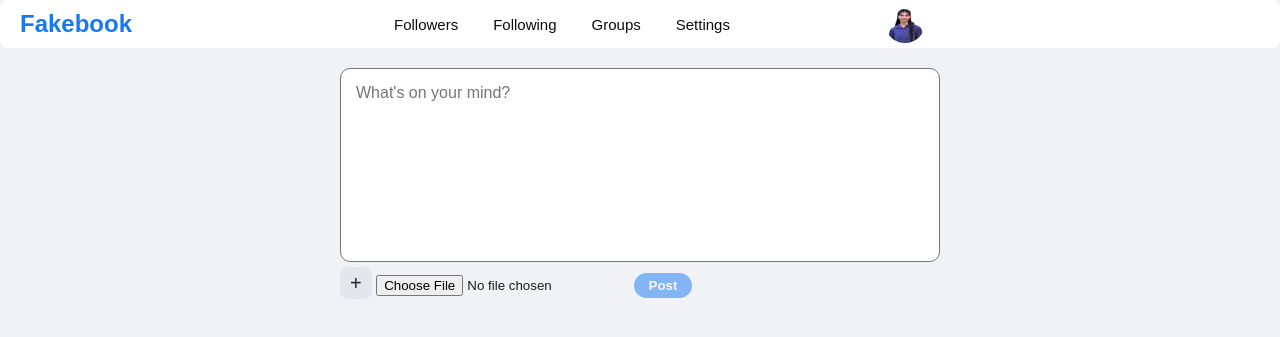
Repository: harpreetkaur2201/FAKEBOOK
Page: fakebook_profile/index.html
The author's editor kept a copy of each file at every save. The page is drawn from the files as they stood at one save, then again after the next save.
The browser window is 1280 px wide. The pictures show the whole page.

Above is the page before, as saved 2025-11-14 20:18:14.
Console error: SyntaxError: Unexpected token '}'

### fakebook_profile/index.html
<!doctype html>
<html lang="en">
<head>
  <meta charset="utf-8" />
  <meta name="viewport" content="width=device-width, initial-scale=1" />
  <title>Fakebook</title>
  <link rel="stylesheet" href="./assets/styles/style.css">
</head>
<body>
  <header>
    <div class="logo">Fakebook</div>
    <nav>
      <a href="#followers">Followers</a>
      <a href="#following">Following</a>
      <a href="#groups">Groups</a>
      <a href="#settings">Settings</a>
      <a href="#profile"><img id="headerAvatar" src="./assets/Profile pic.jpg" alt="Profile" class="avatar"></a>
    </nav>
  </header>

  <main>
    <section class="create-post">
      <form id="postForm">
        <textarea id="postText" placeholder="What's on your mind?" rows="9"></textarea>
        <div>
          <label for="imageInput">+</label>
            <input id="imageInput" type="file" accept="image/*">

          <button id="postBtn" type="submit" disabled>Post</button>
        </div>
      </form>
    </section>

    <section id="posts"></section>
  </main>

  <div id="modal" class="modal" aria-hidden="true">
    <div class="modal-content">
      <a href="#" id="closeModal">Close</a>
      <div>
        <div id="modalAvatar"></div>
        <h2 id="modalName">Your Name</h2>
        <p id="modalBio">Your bio will appear here.</p>
      </div>
    </div>
  </div>
    <script type="module" src="./assets/script/script.js"></script>
</body>
</html>

### fakebook_profile/assets/styles/style.css
* {
  padding: 0;
  margin: 0;
  box-sizing: border-box;
  font-family: Arial, sans-serif;
}

body {
  background: #f0f2f5;
  color: #1c1e21;

}

.container {
  max-width: 700px;
  margin: 20px auto;
  padding: 0 15px;
}

header {
  display: flex;
  justify-content: space-between;
  align-items: center;
  background: white;
  padding: 10px 20px;
  border-radius: 8px;
  color: #1877f2;
  position: relative;
}

header .logo {
  font-size: 1.5rem;
  font-weight: bold;
}

header nav {
  position: absolute;
  left: 30%;
  display: flex;
  gap: 15px;
  align-items: center;
}

header nav a {
  text-decoration: none;
  color: #0c0c0c;
  font-size: 15px;
  padding: 5px 10px;
  border-radius: 6px;
  transition: background 0.2s;
}

header nav a:hover {
  background: #e4e6eb;
}

header nav img.avatar {
  width: 40px;
  height: 40px;
  border-radius: 50%;
  position: relative;
  left: 300%;
  cursor: pointer;
}

.create-post {
  max-width: 600px;
  margin: 20px auto;
}

.create-post form {
  display: flex;
  flex-direction: column;
  gap: 10px;

}

.create-post label {
  cursor: pointer;
  font-size: 20px;
  background: #e4e6eb;
  padding: 5px 10px;
  border-radius: 8px;
}

#create-post input[type="file"] {
  display: none; /* hide default choose file text */
}

#create-post textarea,
.create-post textarea {
  width: 100%;
  min-height: 120px;
  padding: 15px;
  border-radius: 10px;
  font-size: 16px;
  resize: none;
}

.controls {
  display: flex;
  align-items: center;
  gap: 10px;
}

.file-label {
  background: #e4e6eb;
  padding: 5px 8px;
  border-radius: 8px;
  cursor: pointer;
}

.controls input[type="file"] {
  display: none;
}

#postBtn {
  padding: 5px 15px;
  border-radius: 20px;
  background: #1877f2;
  color: white;
  font-weight: bold;
  cursor: pointer;
  border: none;
}

#postBtn:disabled {
  opacity: 0.5;
  cursor: not-allowed;
}

.posts {
  margin-top: 20px;
  display: flex;
  flex-direction: column;
  gap: 15px;
}

.post {
  background: white;
  padding: 10px;
  border-radius: 10px;
}

.post-header {
  display: flex;
  align-items: center;
  gap: 10px;
  margin-bottom: 8px;
}

.post-header .avatar {
  width: 35px;
  height: 35px;
  border-radius: 50%;
  background: #ccc;
  display: flex;
  align-items: center;
  justify-content: center;
  color: white;
  font-weight: bold;
}

.post-body img {
  max-width: 100%;
  margin-top: 8px;
  border-radius: 8px;
}

.modal {
  position: fixed;
  inset: 0;
  background: rgba(0, 0, 0, 0.5);
  display: flex;
  justify-content: center;
  align-items: center;
  opacity: 0;
  pointer-events: none;
  transition: opacity 0.3s ease;
  z-index: 1000;
}

.modal[aria-hidden="false"] {
  opacity: 1;
  pointer-events: auto;
}

.modal-content {
  background: white;
  padding: 20px;
  border-radius: 12px;
  max-width: 400px;
  width: 90%;
  position: relative;
  box-shadow: 0 4px 10px rgba(0, 0, 0, 0.2);
  text-align: center;
}

.modal-content #closeModal {
  position: absolute;
  top: 10px;
  right: 15px;
  font-size: 1.2rem;
  text-decoration: none;
  color: #333;
}

.account-view h2 {
  margin: 10px 0 5px 0;
  font-size: 1.2rem;
}

.account-view .bio-text {
  font-size: 14px;
  color: #2d2626;
  margin-bottom: 10px;
}

.modal-avatar img {
  width: 60px;
  height: 60px;
  border-radius: 50%;
  object-fit: cover;
}

.account-view div a {
  display: inline-block;
  flex: 1;
  margin: 5px 3px;
  padding: 6px;
  border-radius: 8px;
  background: #e4e6eb;
  font-weight: 500;
  text-decoration: none;
  color: #000;
  transition: background 0.2s;
}

.account-view div a:hover {
  background: #d8dadf;
}

### fakebook_profile/assets/script/script.js
import { User } from './user.js';
import { Subscriber } from './subscriber.js';

document.addEventListener('DOMContentLoaded', () => {
  const postForm = document.getElementById('postForm');
  const postText = document.getElementById('postText');
  const imageInput = document.getElementById('imageInput');
  const postBtn = document.getElementById('postBtn');
  const postsContainer = document.getElementById('posts');

  const headerAvatar = document.getElementById('headerAvatar');
  const modal = document.getElementById('modal');
  const closeModalBtn = document.getElementById('closeModal');
  const modalName = document.getElementById('modalName');
  const modalBio = document.getElementById('modalBio');
  const modalAvatar = document.getElementById('modalAvatar');

  const account = new Subscriber(
    101,
    "Harpreet Kaur",
    "harpreet123",
    "harpreet@example.com",
    ["Food Lovers", "Travel Diaries"],
    ["Winnipeg Students", "Punjabi Group"],
    true
  );

  const accountProfile = {
    bio: "Hi! I love food and travel.",
    profilePic: "./assets/Profile pic.jpg"
  };

  class Post {
    constructor(userInfo, profile, text, image) {
      this.userInfo = userInfo;
      this.profile = profile;
      this.text = text;
      this.image = image;
      this.time = new Date();
    }

    render() {
      const postDiv = document.createElement('div');
      postDiv.className = 'post';

      const headerDiv = document.createElement('div');
      headerDiv.className = 'post-header';

      const avatarDiv = document.createElement('div');
      avatarDiv.className = 'avatar';
      if (this.profile.profilePic) {
        avatarDiv.style.backgroundImage = `url(${this.profile.profilePic})`;
        avatarDiv.style.backgroundSize = 'cover';
        avatarDiv.style.backgroundPosition = 'center';
      } else {
        avatarDiv.textContent = this.userInfo.name.charAt(0);
      }

      const nameDiv = document.createElement('div');
      const nameEl = document.createElement('div');
      nameEl.textContent = this.userInfo.name;

      const timeEl = document.createElement('div');
      timeEl.className = 'post-meta';
      timeEl.textContent = this.time.toLocaleString();

      nameDiv.appendChild(nameEl);
      nameDiv.appendChild(timeEl);
      headerDiv.appendChild(avatarDiv);
      headerDiv.appendChild(nameDiv);

      const bodyDiv = document.createElement('div');
      bodyDiv.className = 'post-body';
      if (this.text && this.text.trim() !== '') {
        const textP = document.createElement('p');
        textP.textContent = this.text;
        textP.style.textAlign = 'center';
        bodyDiv.appendChild(textP);
      }
      if (this.image) {
        const img = document.createElement('img');
        img.src = this.image;
        img.alt = 'Posted image';
        bodyDiv.appendChild(img);
      }

      postDiv.appendChild(headerDiv);
      postDiv.appendChild(bodyDiv);
      return postDiv;
    }
  }

  const posts = [];

  function togglePostBtn() {
    postBtn.disabled = postText.value.trim() === '' && imageInput.files.length === 0;
  }

  postText.addEventListener('input', togglePostBtn);
  imageInput.addEventListener('change', togglePostBtn);

  postForm.addEventListener('submit', (e) => {
    e.preventDefault();
    if (imageInput.files[0]) {
      const reader = new FileReader();
      reader.onload = () => createPost(reader.result);
      reader.readAsDataURL(imageInput.files[0]);
    } else {
      createPost(null);
    }
  });

  function createPost(imageData) {
    const userInfo = account.getInfo();
    const newPost = new Post(userInfo, accountProfile, postText.value, imageData);
    posts.unshift(newPost);
    renderPosts();
    postForm.reset();
    togglePostBtn();
  }

  function renderPosts() {
    postsContainer.innerHTML = '';
    posts.forEach(p => {
      if (p.text || p.image) postsContainer.appendChild(p.render());
    });
  }

  headerAvatar.addEventListener('click', (e) => {
    e.preventDefault();
    const info = account.getInfo();
    modalName.textContent = info.name;
    modalBio.textContent = accountProfile.bio;
    modalAvatar.innerHTML = '';
    if (accountProfile.profilePic) {
      const img = document.createElement('img');
      img.src = accountProfile.profilePic;
      img.alt = info.name;
      modalAvatar.appendChild(img);
    }
    modal.setAttribute('aria-hidden', 'false');
});

    const extra = document.createElement('div');
    extra.innerHTML = `<small>Pages: ${info.pages.join(', ')}</small><br>
                       <small>Groups: ${info.groups.join(', ')}</small><br>
                       <small>Can monetize: ${info.canMonetize}</small>`;
    modalAvatar.parentElement.appendChild(extra);

    modal.setAttribute('aria-hidden', 'false');
  });

  closeModalBtn.addEventListener('click', () => {
    modal.setAttribute('aria-hidden', 'true');
    const parent = modalAvatar.parentElement;
    if (parent.lastElementChild && parent.lastElementChild.tagName === 'DIV' &&
        parent.lastElementChild.innerHTML.includes('Can monetize')) {
      parent.removeChild(parent.lastElementChild);
    }
  });

  modal.addEventListener('click', (e) => {
    if (e.target === modal) modal.setAttribute('aria-hidden', 'true');
  });

  togglePostBtn();
});

After the next save:
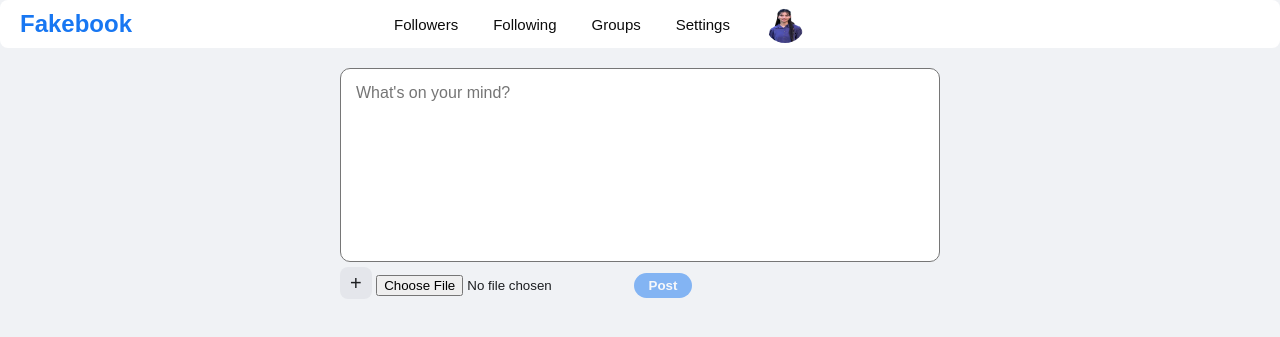
Saved 20 s later.
--- a/fakebook_profile/assets/styles/style.css
+++ b/fakebook_profile/assets/styles/style.css
@@ -58,8 +58,7 @@ header nav img.avatar {
   width: 40px;
   height: 40px;
   border-radius: 50%;
-  position: relative;
-  left: 300%;
+
   cursor: pointer;
 }
 
